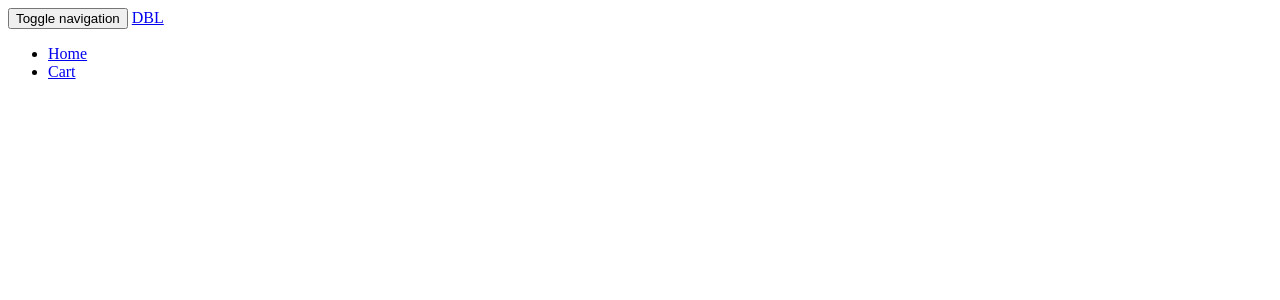
Repository: iancwwong/DigitalBibliographicalLibrary
Page: DigitalBibliographicLibrary/WebContent/include/navbar.html
An editor plug-in stored every save of this project. The page is shown before and after the next save, followed by the edit.
The browser window is 1280 px wide. The pictures show the whole page.

Above is the page before, as saved 2016-08-26 09:05:22.

### DigitalBibliographicLibrary/WebContent/include/navbar.html
<!--  This file contains the information of the navigation bar -->
<!-- Navbar content -->
<div class="navbar-wrapper">
  <div class="container">

    <nav class="navbar navbar-inverse navbar-static-top">
      <div class="container">
        <div class="navbar-header">
          <button type="button" class="navbar-toggle collapsed" data-toggle="collapse" data-target="#navbar" aria-expanded="false" aria-controls="navbar">
            <span class="sr-only">Toggle navigation</span>
            <span class="icon-bar"></span>
            <span class="icon-bar"></span>
            <span class="icon-bar"></span>
          </button>
          <a class="navbar-brand" href="${pageContext.request.contextPath}/index">DBL</a>
        </div>
        <div id="navbar" class="navbar-collapse collapse">
          <ul class="nav navbar-nav">
            <li class="active"><a href="${pageContext.request.contextPath}/index">Home</a></li>
            <li><a href="${pageContext.request.contextPath}/cart">Cart</a></li>
          </ul>
        </div>
      </div>
    </nav>

  </div>
</div>

After the next save:
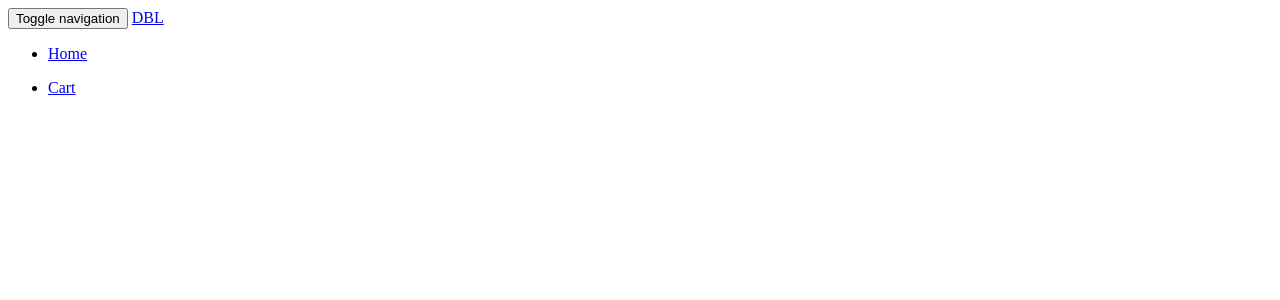
Saved 38 s later.
--- a/DigitalBibliographicLibrary/WebContent/include/navbar.html
+++ b/DigitalBibliographicLibrary/WebContent/include/navbar.html
@@ -16,7 +16,12 @@
         </div>
         <div id="navbar" class="navbar-collapse collapse">
           <ul class="nav navbar-nav">
-            <li class="active"><a href="${pageContext.request.contextPath}/index">Home</a></li>
+            <li class="active">
+            <form name="submitForm" method="POST" action="/servlet/ServletName">
+			    <input type="hidden" name="param1" value="param1Value">
+			    <A HREF="javascript:document.submitForm.submit()">Home</A>
+			</form>
+
             <li><a href="${pageContext.request.contextPath}/cart">Cart</a></li>
           </ul>
         </div>
